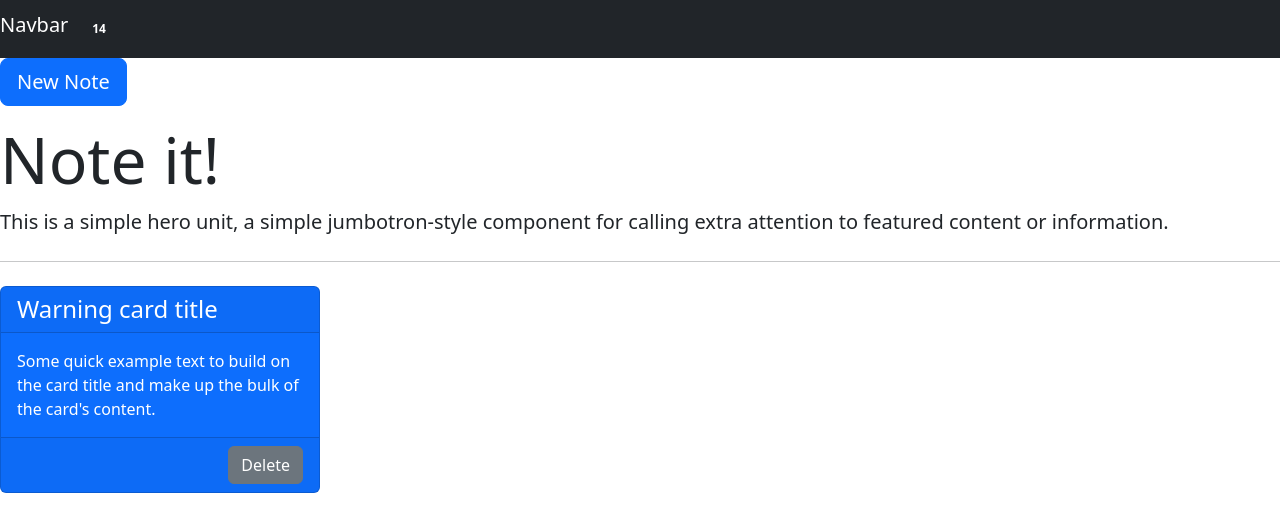
Repository: hasmelash/gitskill
Page: /
The author's editor kept a copy of each file at every save. The page is drawn from the files as they stood at one save, then again after the next save.
The browser window is 1280 px wide. The pictures show the whole page.
The project was rebuilt for these pictures with package versions that can differ from the ones it lists, and the page was loaded fresh each time. Also part of the build but not shown: src/App.css.

Above is the page before, as saved 2019-08-30 00:26:16.

### src/App.js
import React from 'react';
import './App.css';
import Navbar from './NavBarComponent/NavBarComponent';
import Notes from './NotesComponent/NotesComponent';
import 'bootstrap/dist/css/bootstrap.min.css';
import 'bootstrap/dist/js/bootstrap.bundle.min';

;class App extends React.Component {
  render(){
      return (
          <div>
            <Navbar />
            <Notes />
          </div>
      );
   }
}

export default App;

### src/NavBarComponent/NavBarComponent.js
import React from 'react';
import NoteCounter from '../NoteCounterComponent/NoteCounterComponent';
import 'bootstrap/dist/css/bootstrap.min.css';
import 'bootstrap/dist/js/bootstrap.bundle.min';
class Navbar extends React.Component{
    render(){
        return (
            <nav class="navbar navbar-expand-lg navbar-dark bg-dark">
                <h1 class="navbar-brand" >Navbar</h1>
                <NoteCounter class="container" style={{float: 'right'}}/>
            </nav>
        );
    }
}
export default Navbar;

### src/NotesComponent/NotesComponent.js

import React from 'react';
import 'bootstrap/dist/css/bootstrap.min.css';
import 'bootstrap/dist/js/bootstrap.bundle.min';
import Note from '../NoteComponent/NoteComponent';
class Notes extends React.Component{

    state = {
        notes: []
    };

    addNote(note){
        this.state.notes.push(note);
    }


    render(){
        return (

            <div class="jumbotron">
                <p class="lead">
                    <button class="btn btn-primary btn-lg"  style={{alignSelf: 'center'}}>New Note</button>
                </p>
                <h1 class="display-3">Note it!</h1>
                <p class="lead">This is a simple hero unit, a simple jumbotron-style component for calling extra attention to featured content or information.</p>
                <hr class="my-4"/>
                <Note
                    addingNote={this.state.addNote}

                />
            </div>
        );
    }
}
export default Notes;

### src/NoteCounterComponent/NoteCounterComponent.js
import React from 'react';
import 'bootstrap/dist/css/bootstrap.min.css';
import 'bootstrap/dist/js/bootstrap.bundle.min';
function NoteCounter(props){

        return (
                    <span class="badge badge-primary badge-pill">14</span>
        );

}
export default NoteCounter;

### src/NoteComponent/NoteComponent.js

import React from 'react';
import 'bootstrap/dist/css/bootstrap.min.css';
import 'bootstrap/dist/js/bootstrap.bundle.min';
class Note extends React.Component{


    createNote(){
        let newNote= {
            title: 'New Note',
            id: null
        }
        this.props.addNote(newNote);

    }


    render(){
        return (
            <div class="card text-white bg-primary mb-3" style={{maxWidth: '20rem'}}>
                <h4 class="card-header">Warning card title</h4>
                    <div class="card-body">

                        <p class="card-text">Some quick example text to build on the card title and make up the bulk of the card's content.</p>
                    </div>
                <div class="card-footer">
                    <button type="button" class="btn btn-secondary" data-dismiss="modal" style={{float: 'right'}}>Delete</button>
                </div>
            </div>

        );
    }
}
export default Note;

Loaded but not shown: public/index.html (common file); src/index.js (common file); src/index.css (common file); src/serviceWorker.js (common file)

After the next save:
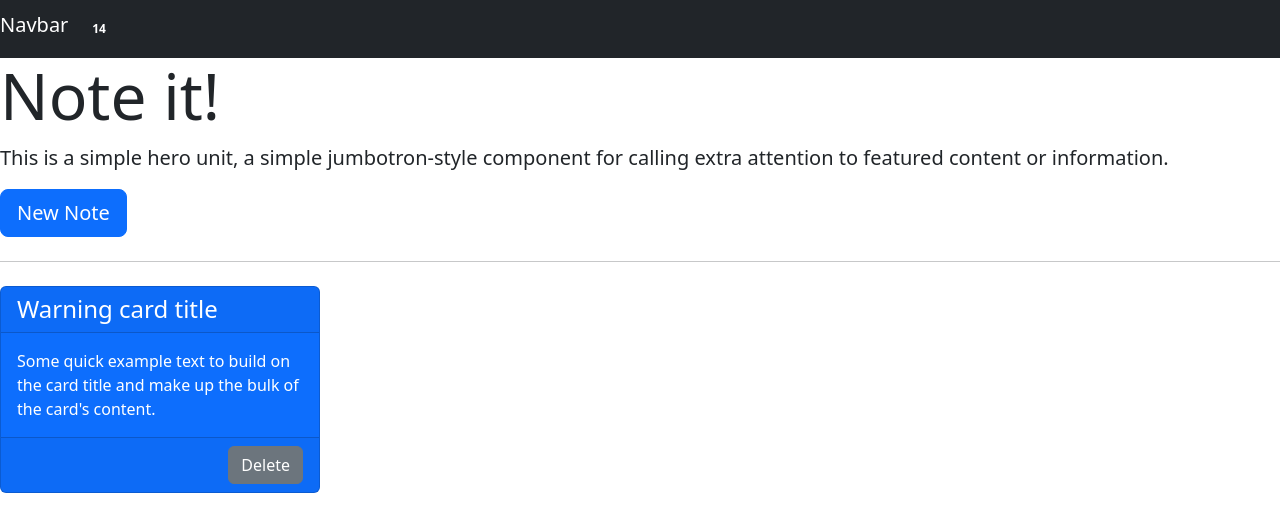
Saved 35 s later.
--- a/src/NotesComponent/NotesComponent.js
+++ b/src/NotesComponent/NotesComponent.js
@@ -18,11 +18,12 @@ class Notes extends React.Component{
         return (
 
             <div class="jumbotron">
-                <p class="lead">
-                    <button class="btn btn-primary btn-lg"  style={{alignSelf: 'center'}}>New Note</button>
-                </p>
+
                 <h1 class="display-3">Note it!</h1>
                 <p class="lead">This is a simple hero unit, a simple jumbotron-style component for calling extra attention to featured content or information.</p>
+                <p class="lead">
+                    <button class="btn btn-primary btn-lg" >New Note</button>
+                </p>
                 <hr class="my-4"/>
                 <Note
                     addingNote={this.state.addNote}
